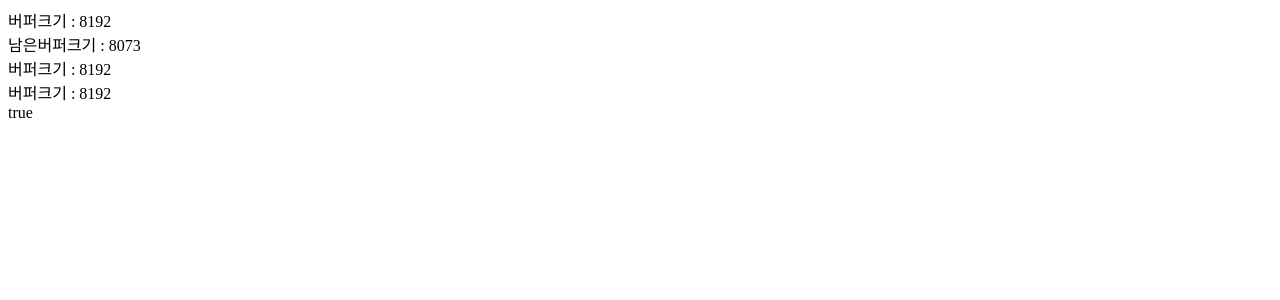
Repository: nijooymik/smartfactory
Page: http://localhost/t0720/outtest.jsp
An editor plug-in stored every save of this project. The page is shown before and after the next save, followed by the edit.
The browser window is 1280 px wide. The pictures show the whole page.
The page is served by Tomcat 9.

Above is the page before, as saved 2022-07-20 06:18:14.

### jsp/t0720/src/main/webapp/outtest.jsp
<%@ page language="java" contentType="text/html; charset=EUC-KR"
	pageEncoding="EUC-KR"%>
<!DOCTYPE html>
<html>
<head>
<meta charset="EUC-KR">
<title>Insert title here</title>
</head>
<body>
	<%
	out.print("버퍼크기 : " + out.getBufferSize() + "<br>");
	out.print("남은버퍼크기 : " + out.getRemaining() + "<br>");
	out.flush();
	out.print("버퍼크기 : "+out.getBufferSize()+"<br>");
	out.print("버퍼크기 : "+out.getBufferSize()+"<br>");
	out.print(out.isAutoFlush());
	%>
</body>
</html>

After the next save:
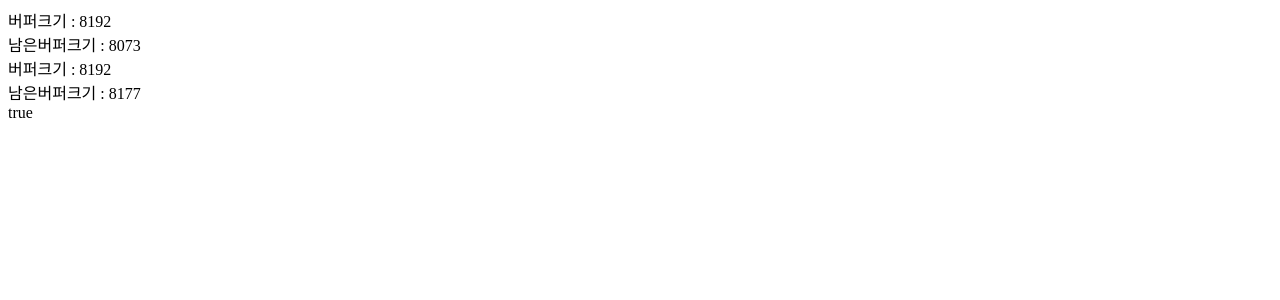
Saved 43 s later.
--- a/jsp/t0720/src/main/webapp/outtest.jsp
+++ b/jsp/t0720/src/main/webapp/outtest.jsp
@@ -11,8 +11,8 @@
 	out.print("버퍼크기 : " + out.getBufferSize() + "<br>");
 	out.print("남은버퍼크기 : " + out.getRemaining() + "<br>");
 	out.flush();
-	out.print("버퍼크기 : "+out.getBufferSize()+"<br>");
-	out.print("버퍼크기 : "+out.getBufferSize()+"<br>");
+	out.print("버퍼크기 : " + out.getBufferSize() + "<br>");
+	out.print("남은버퍼크기 : " + out.getRemaining() + "<br>");
 	out.print(out.isAutoFlush());
 	%>
 </body>
